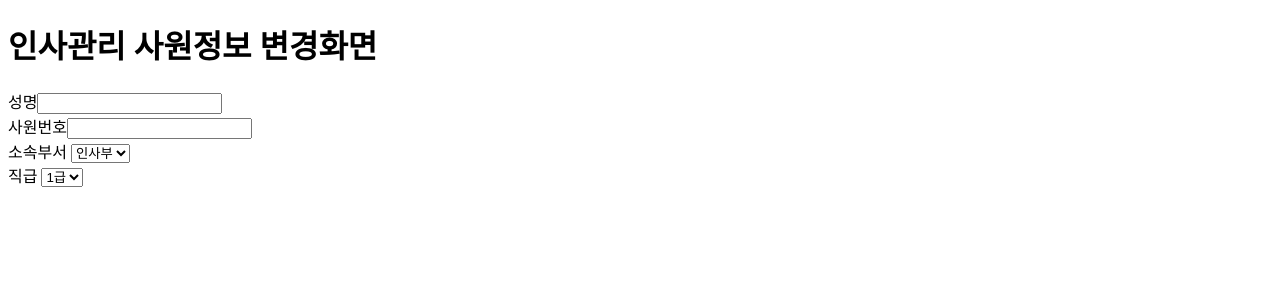
Repository: Namyunha/Oracle-Study
Page: http://localhost/test1_practice/updateMemberForm.jsp
The author's editor kept a copy of each file at every save. The page is drawn from the files as they stood at one save, then again after the next save.
The browser window is 1280 px wide. The pictures show the whole page.
The page is served by Tomcat 9.

Above is the page before, as saved 2023-08-04 13:00:06.

After the next save:
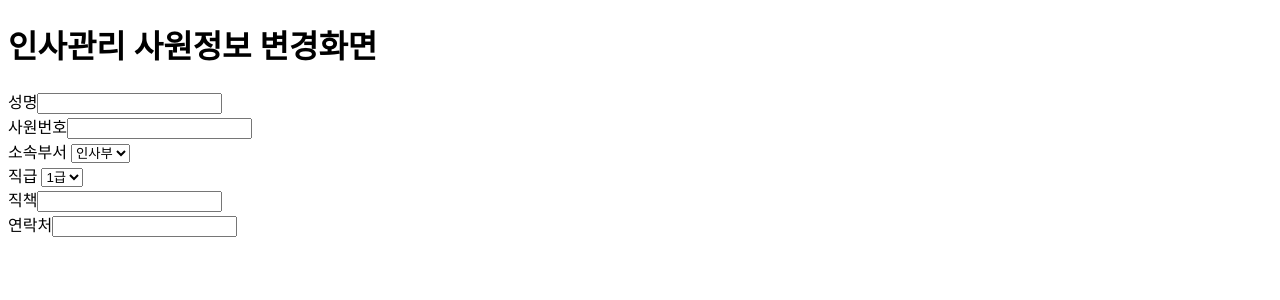
Saved 3 min 1 s later.
--- a/test1_practice/src/main/webapp/updateMemberForm.jsp
+++ b/test1_practice/src/main/webapp/updateMemberForm.jsp
@@ -27,7 +27,9 @@
 			<option value="3">3급</option>
 			<option value="4">4급</option>
 		</select>
-
+		<br>
+		<label for="duty">직책</label><input id="duty" name="duty" type="text"><br>
+		<label for="phone">연락처</label><input id="phone" name="phone" type="text">
 	</form>
 </body>
 </html>
